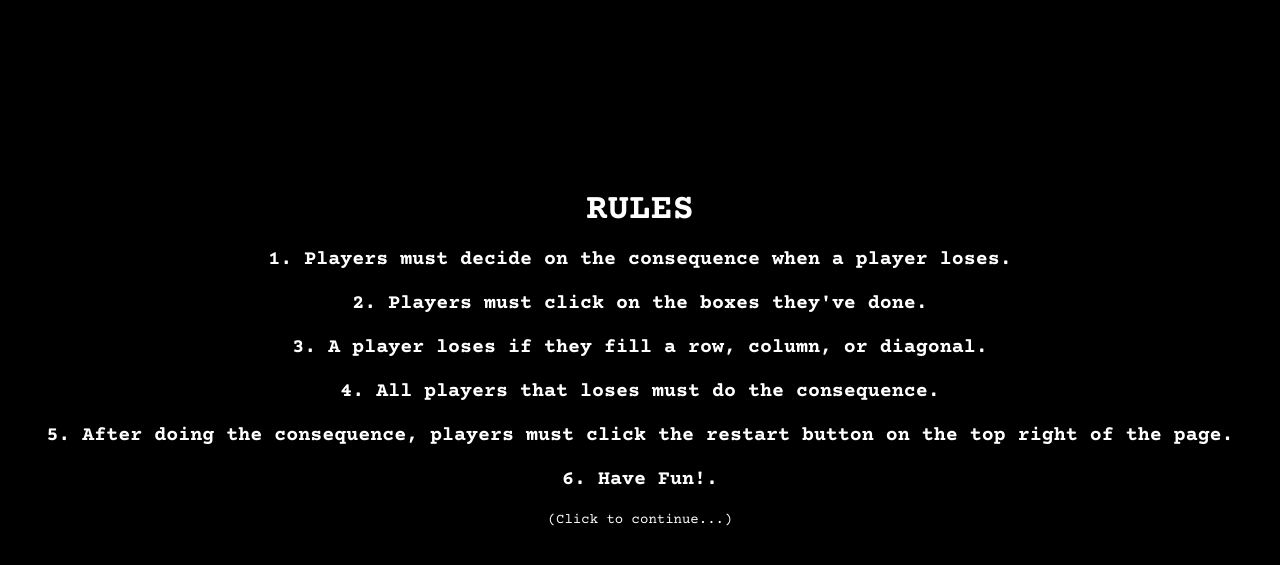
Repository: Jeysmeister/sensoryminds-bingo
Page: /
The author's editor kept a copy of each file at every save. The page is drawn from the files as they stood at one save, then again after a run of saves.
The browser window is 1280 px wide. The pictures show the whole page.
The project was rebuilt for these pictures with package versions that can differ from the ones it lists, and the page was loaded fresh each time. The framework's server and built-in components were replaced by stand-ins that run in the browser. Also part of the build but not shown: next.config.ts.

Above is the page before, as saved 2024-11-12 18:06:36.

After the next 2 saves:
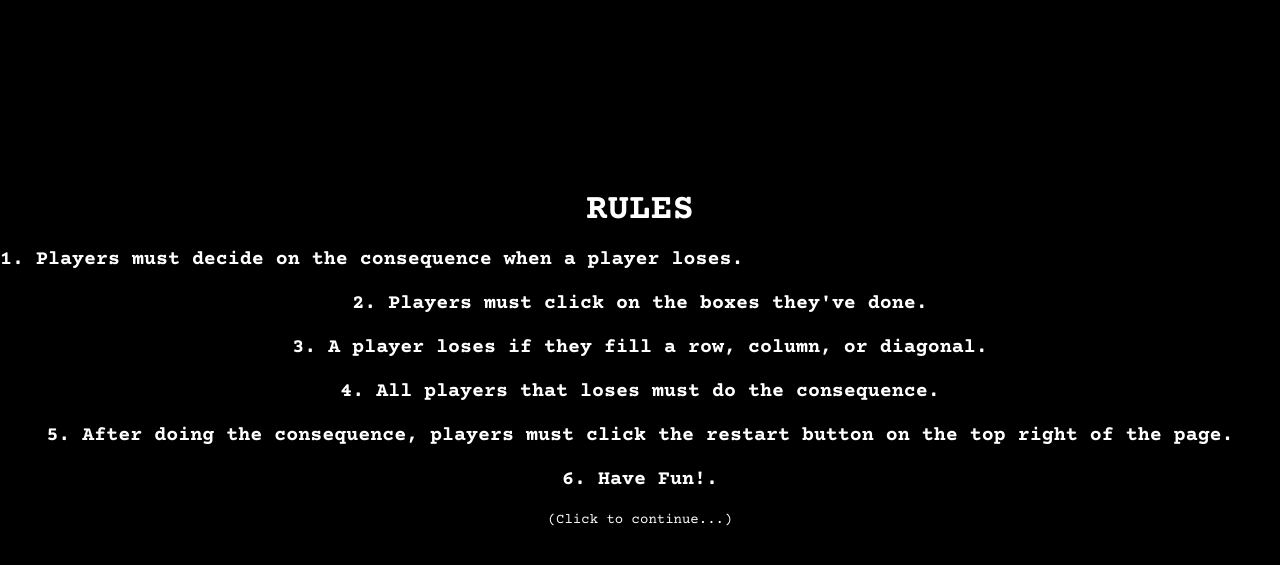
The 2 saves are shown as one change because they came seconds apart.
The last was saved 8 s later.
--- a/app/page.tsx
+++ b/app/page.tsx
@@ -19,8 +19,8 @@ export default function Home() {
       <div className="cursor-pointer">
         <div className="w-screen h-screen flex justify-center items-center text-white bg-black flex-col gap-4">
           <div className="text-4xl font-extrabold">RULES</div>
-          <div className="text-xl font-bold text-left">1. Players must decide on the consequence when a player loses.</div>
-          <div className="text-xl font-bold">2. Players must click on the boxes they've done.</div>
+          <div className="text-xl font-bold text-left w-full">1. Players must decide on the consequence when a player loses.</div>
+          <div className="text-xl font-bold text-left">2. Players must click on the boxes they've done.</div>
           <div className="text-xl font-bold">3. A player loses if they fill a row, column, or diagonal.</div>
           <div className="text-xl font-bold">4. All players that loses must do the consequence.</div>
           <div className="text-xl font-bold">5. After doing the consequence, players must click the restart button on the top right of the page.</div>
